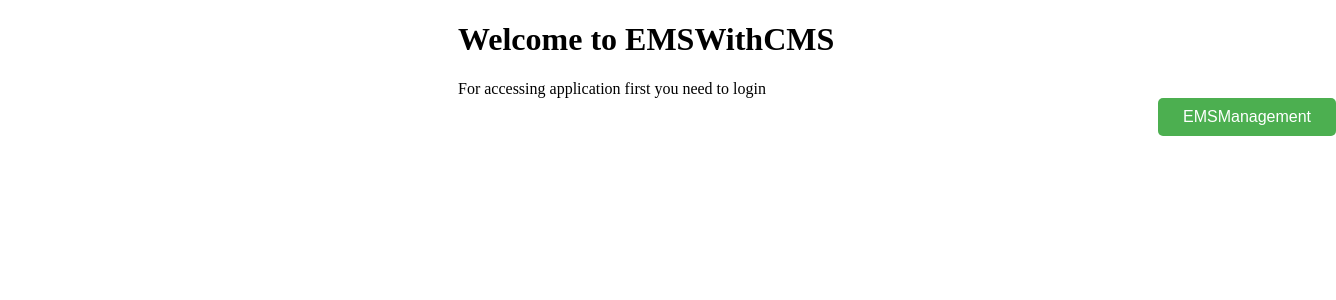
Repository: varnittyagi120/javaproject2
Page: eclipse-workspaceone/CMSWithEMSUsingServletInOptmiseWay/WebContent/index.html
An editor plug-in stored every save of this project. The page is shown before and after the next save, followed by the edit.
The browser window is 1280 px wide. The page is 1336 px wide, so the pictures cover 1336 px, including what lies to the right of the window. The pictures show the whole page.

Above is the page before, as saved 2019-11-19 09:25:38.

### eclipse-workspaceone/CMSWithEMSUsingServletInOptmiseWay/WebContent/index.html
<!DOCTYPE html>
<html>
<style>
.button{
  background-color: #4CAF50;
  border: none;
  color: white;
  padding: 10px 25px;
  text-align: center;
  text-decoration: none;
  display: inline-block;
  font-size: 16px;

  border-radius:5px;
}

</style>
<body>
        <h1 style='margin-left:450px'>Welcome to EMSWithCMS</h1>
        <h style='margin-left:450px'>For accessing application first you need to login</h>
	    <a href = "StartOfEMS"><button style='margin-left:1150px'class="button" >EMSManagement</button></a><br><br>
</body>
</html>

After the next save:
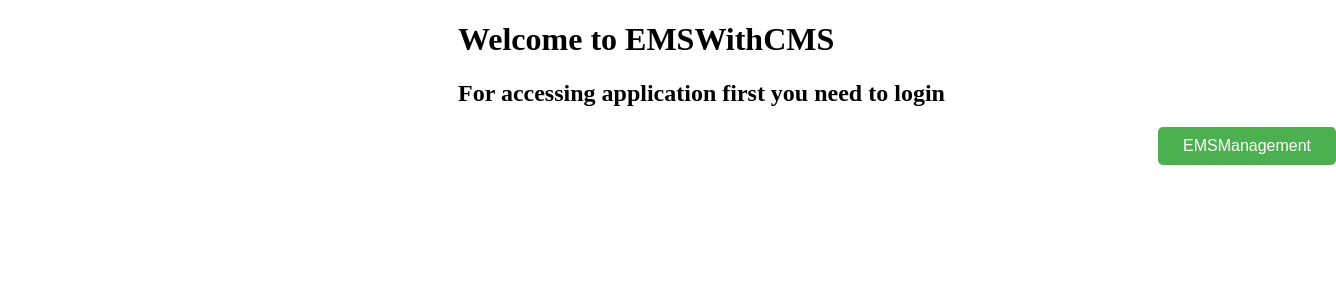
Saved 7 s later.
--- a/eclipse-workspaceone/CMSWithEMSUsingServletInOptmiseWay/WebContent/index.html
+++ b/eclipse-workspaceone/CMSWithEMSUsingServletInOptmiseWay/WebContent/index.html
@@ -17,7 +17,7 @@
 </style>
 <body>
         <h1 style='margin-left:450px'>Welcome to EMSWithCMS</h1>
-        <h style='margin-left:450px'>For accessing application first you need to login</h>
+        <h2 style='margin-left:450px'>For accessing application first you need to login</h2>
 	    <a href = "StartOfEMS"><button style='margin-left:1150px'class="button" >EMSManagement</button></a><br><br>
 </body>
 </html>
